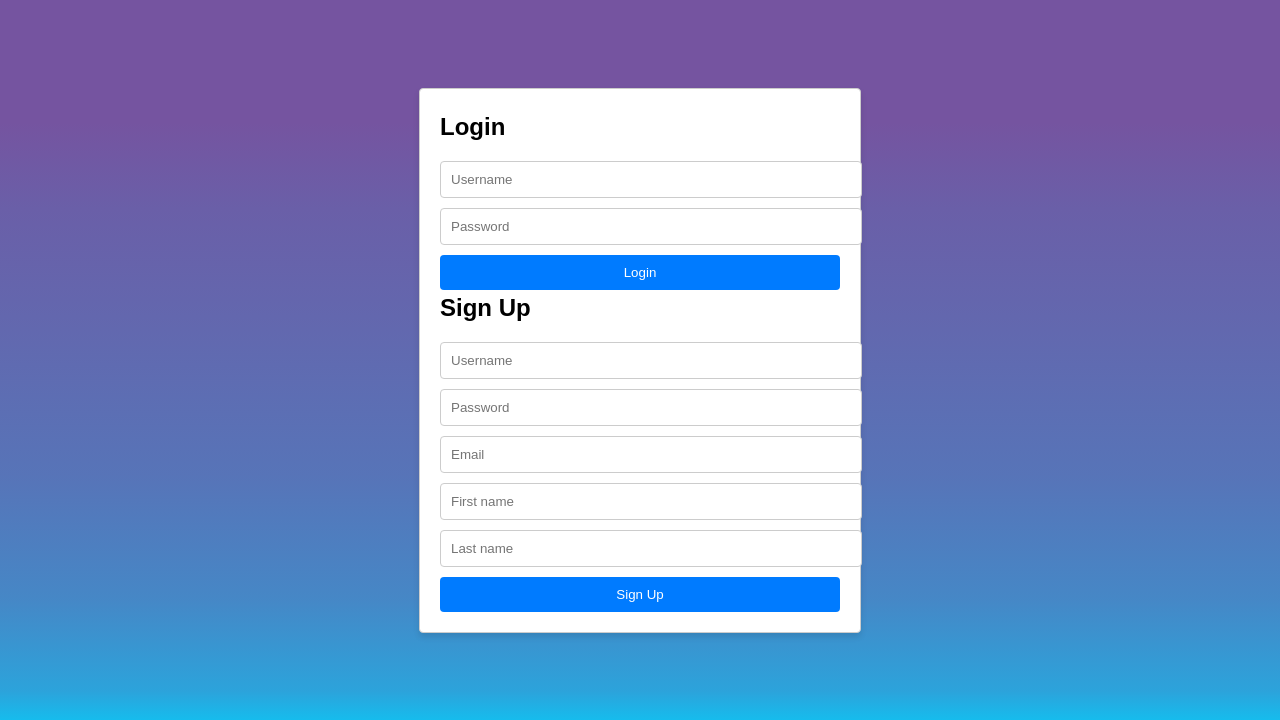
Repository: elqueben/message
Page: / (app in message-app/)
These files come from the project's save history. The page is drawn as it stood at one moment and after the next save; the edit follows.
The browser window is 1280 px wide. The pictures show the whole page.
The project was rebuilt for these pictures with package versions that can differ from the ones it lists, and the page was loaded fresh each time. Also part of the build but not shown: message-app/vite.config.js.

Above is the page before, as saved 2023-05-08 15:30:41.

### message-app/src/style.css
* {
  font-family: Arial;
}
body {
  margin: 0px;
}
.login-page {
  width: 100vw;
  height: 100vh;
  background: linear-gradient(
    180deg,
    rgba(117, 84, 160, 1) 7%,
    rgba(117, 84, 160, 1) 17%,
    rgba(106, 95, 168, 1) 29%,
    rgba(99, 103, 174, 1) 44%,
    rgba(87, 116, 184, 1) 66%,
    rgba(70, 135, 198, 1) 83%,
    rgba(44, 163, 219, 1) 96%,
    rgba(22, 188, 237, 1) 100%,
    rgba(0, 212, 255, 1) 100%
  );
}

/* Add the Bootstrap classes to the login page elements */
.login-page {
  display: flex;
  justify-content: center;
  align-items: center;
  height: 100vh;
}

.card {
  width: 400px;
  padding: 20px;
  border: 1px solid #ccc;
  border-radius: 4px;
  background-color: #fff;
  box-shadow: 0 4px 6px rgba(0, 0, 0, 0.1);
}

.title {
  font-size: 24px;
  font-weight: bold;
  margin-bottom: 20px;
  margin-top: .25rem;
}

input {
  width: 100%;
  padding: 10px;
  margin-bottom: 10px;
  border: 1px solid #ccc;
  border-radius: 4px;
}

button {
  width: 100%;
  padding: 10px;
  background-color: #007bff;
  color: #fff;
  border: none;
  border-radius: 4px;
  cursor: pointer;
}

button:hover {
  background-color: #0056b3;
}

### message-app/src/App.vue
<script setup>
import AuthPage from "./AuthPage/index.vue";
//import ChatsPage from "./ChatsPage/index.vue";
</script>

<template>
  <AuthPage v-if="!user" @onAuth="handleAuth" />
  <ChatsPage
    v-else
    v-bind:username="user.username"
    v-bind:secret="user.secret"
  />
</template>

<script>
export default {
  data() {
    return {
      user: undefined,
    };
  },
  methods: {
    handleAuth(user) {
      this.user = user;
    },
  },
};
</script>

### message-app/src/AuthPage/index.vue
<template>
    <div class="login-page">
      <div class="card">
        <form @submit.prevent="login">
          <div class="title">Login</div>
          <input placeholder="Username" type="text" v-model="username" />
          <input placeholder="Password" type="password" v-model="password" />
          <button type="submit">Login</button>
        </form>

        <form @submit.prevent="signup">
          <div class="title">Sign Up</div>
          <input
            class="input"
            placeholder="Username"
            type="text"
            v-model="username"
          />
          <input placeholder="Password" type="password" v-model="password" />
          <input placeholder="Email" type="text" v-model="email" />
          <input placeholder="First name" type="text" v-model="first_name" />
          <input placeholder="Last name" type="text" v-model="last_name" />
          <button type="submit">Sign Up</button>
        </form>
      </div>
    </div>
  </template>

  <script>
  // import { loginRest, signupRest } from "./api";

  export default {
    data() {
      return {
        username: "",
        password: "",
        email: "",
        first_name: "",
        last_name: "",
      };
    },
    methods: {
      login() {
        // loginRest(this.username, this.password)
        //   .then((response) =>
        //     this.$emit("onAuth", { ...response.data, secret: this.password })
        //   )
        //   .catch((error) => console.log("Login error", error));
      },
      signup() {
        // signupRest(
        //   this.username,
        //   this.password,
        //   this.email,
        //   this.first_name,
        //   this.last_name
        // )
        //   .then((response) =>
        //     this.$emit("onAuth", { ...response.data, secret: this.password })
        //   )
        //   .catch((error) => console.log("Sign up error", error));
      },
    },
  };
  </script>

Loaded but not shown: message-app/index.html (common file); message-app/src/main.js (common file)

After the next save:
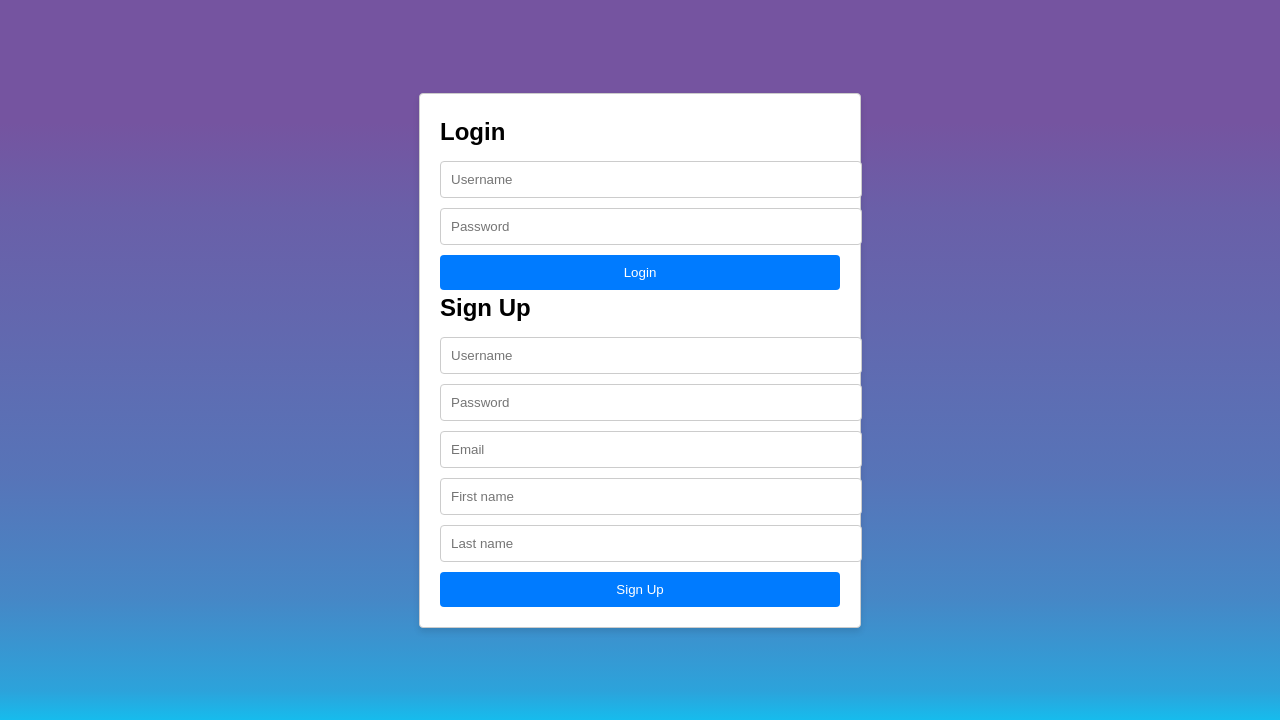
Saved 10 s later.
--- a/message-app/src/style.css
+++ b/message-app/src/style.css
@@ -41,7 +41,7 @@ body {
 .title {
   font-size: 24px;
   font-weight: bold;
-  margin-bottom: 20px;
+  margin-bottom: 15px;
   margin-top: .25rem;
 }
 
